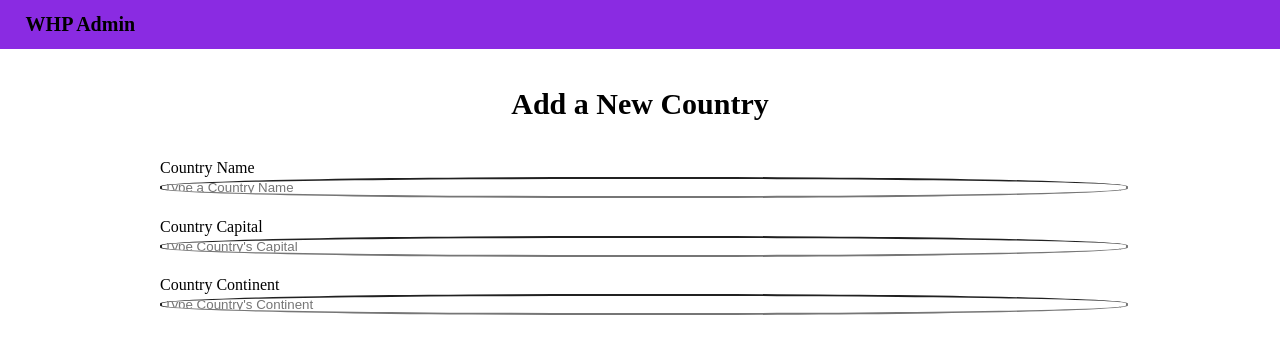
Repository: sabinaPetrisor/World_Hour_Project
Page: http://localhost/WorldHourProject/jsp/add-country.jsp
The author's editor kept a copy of each file at every save. The page is drawn from the files as they stood at one save, then again after the next save.
The browser window is 1280 px wide. The pictures show the whole page.
The page is served by Tomcat 9.

Above is the page before, as saved 2023-08-04 12:30:24.

After the next save:
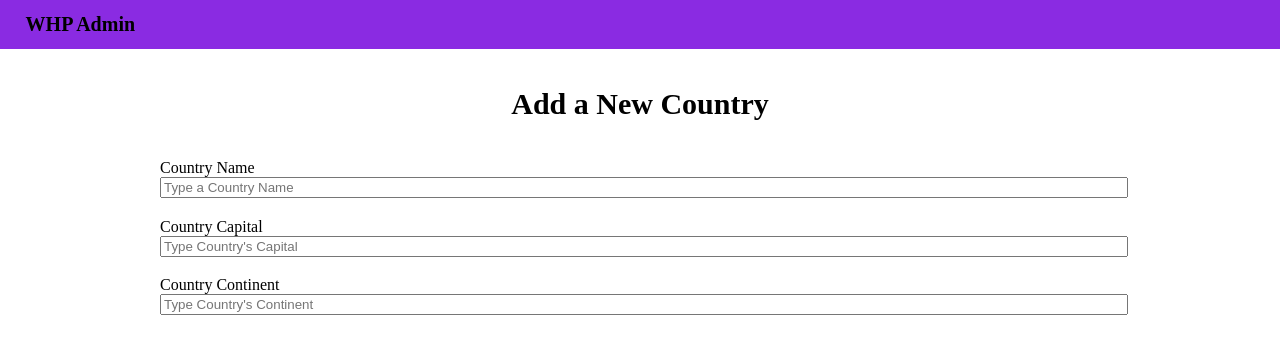
Saved 14 s later.
--- a/WorldHourProject/src/main/webapp/css/add-page-admin.css
+++ b/WorldHourProject/src/main/webapp/css/add-page-admin.css
@@ -15,5 +15,4 @@
 
 .insert-text {
 	margin-bottom: 2%;
-	border-radius: 45%;
 }
